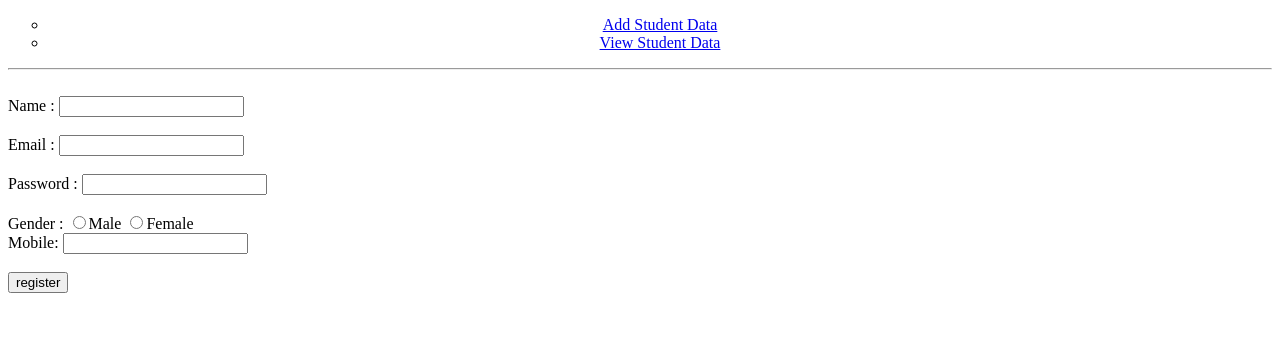
Repository: KrishMoradiya/Aixtor-Training-Projects-Backup
Page: http://localhost/CRUD_Student/Signin.jsp
An editor plug-in stored every save of this project. The page is shown before and after the next save, followed by the edit.
The browser window is 1280 px wide. The pictures show the whole page.
The page is served by Tomcat 10. Nobody is signed in. The application's start-up code is not run. Other server files are loaded and not shown.

Above is the page before, as saved 2023-12-21 10:56:33.

### Workspace - Eclipse Enterprise Edition/CRUD_Student/src/main/webapp/Signin.jsp
<%@ page language="java" contentType="text/html; charset=UTF-8"
    pageEncoding="UTF-8"%>
<!DOCTYPE html PUBLIC "-//W3C//DTD HTML 4.01 Transitional//EN" "http://www.w3.org/TR/html4/loose.dtd">
<html>
<head>
<meta http-equiv="Content-Type" content="text/html; charset=UTF-8">
<title>Signin Page</title>
</head>
<body>
<jsp:include page="header.jsp"></jsp:include>
	<div class="container">
		<form action="Register" method="Post">
			Name : <input type="text" name="name" /> <br /> <br />
			Email : <input type="email" name="email" /> <br /> <br />
			Password : <input type="password" name="password" /> <br /> <br />
			Gender : <input	type="radio" name="gender" value="Male" />Male <input type="radio" name="gender" value="Female" />Female<br />
			Mobile: <input type="text" name="mobile" /> <br /> <br />
			<input type="submit" value="register">
		</form>
	</div>
</body>
</html>

### Workspace - Eclipse Enterprise Edition/CRUD_Student/src/main/webapp/header.jsp
<%@ page language="java" contentType="text/html; charset=UTF-8"
    pageEncoding="UTF-8"%>
<!DOCTYPE html PUBLIC "-//W3C//DTD HTML 4.01 Transitional//EN" "http://www.w3.org/TR/html4/loose.dtd">
<html>
<head>
<meta http-equiv="Content-Type" content="text/html; charset=UTF-8">
<title>Insert title here</title>
</head>
<body>
	<center>
		<ul type="circle">
			<li><a href="Register.jsp">Add Student Data</a></li>
			<li><a href="/CRUD_Student/GetStudentData">View Student Data</a></li>
		</ul>
		<hr><br>
	</center>
</body>
</html>

After the next save:
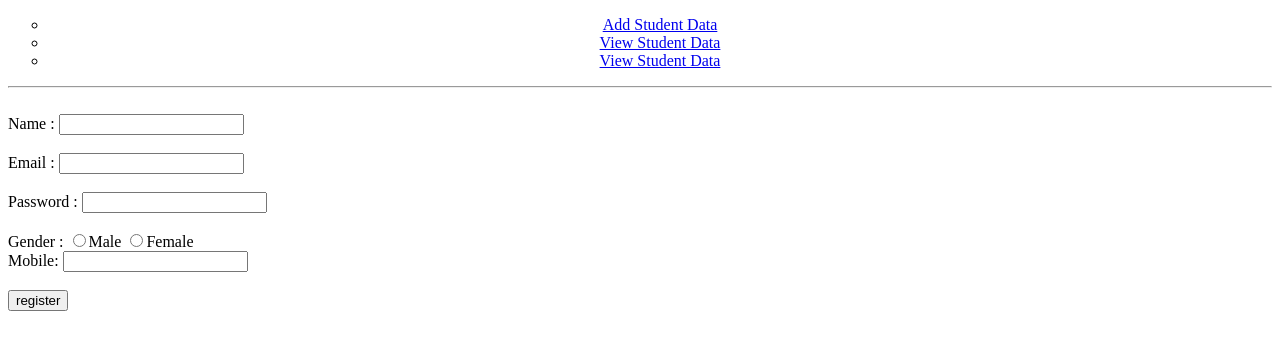
Saved 4 min 25 s later.
--- a/Workspace - Eclipse Enterprise Edition/CRUD_Student/src/main/webapp/header.jsp
+++ b/Workspace - Eclipse Enterprise Edition/CRUD_Student/src/main/webapp/header.jsp
@@ -11,6 +11,7 @@
 		<ul type="circle">
 			<li><a href="Register.jsp">Add Student Data</a></li>
 			<li><a href="/CRUD_Student/GetStudentData">View Student Data</a></li>
+			<li><a href="/CRUD_Student/GetStudentData">View Student Data</a></li>
 		</ul>
 		<hr><br>
 	</center>
